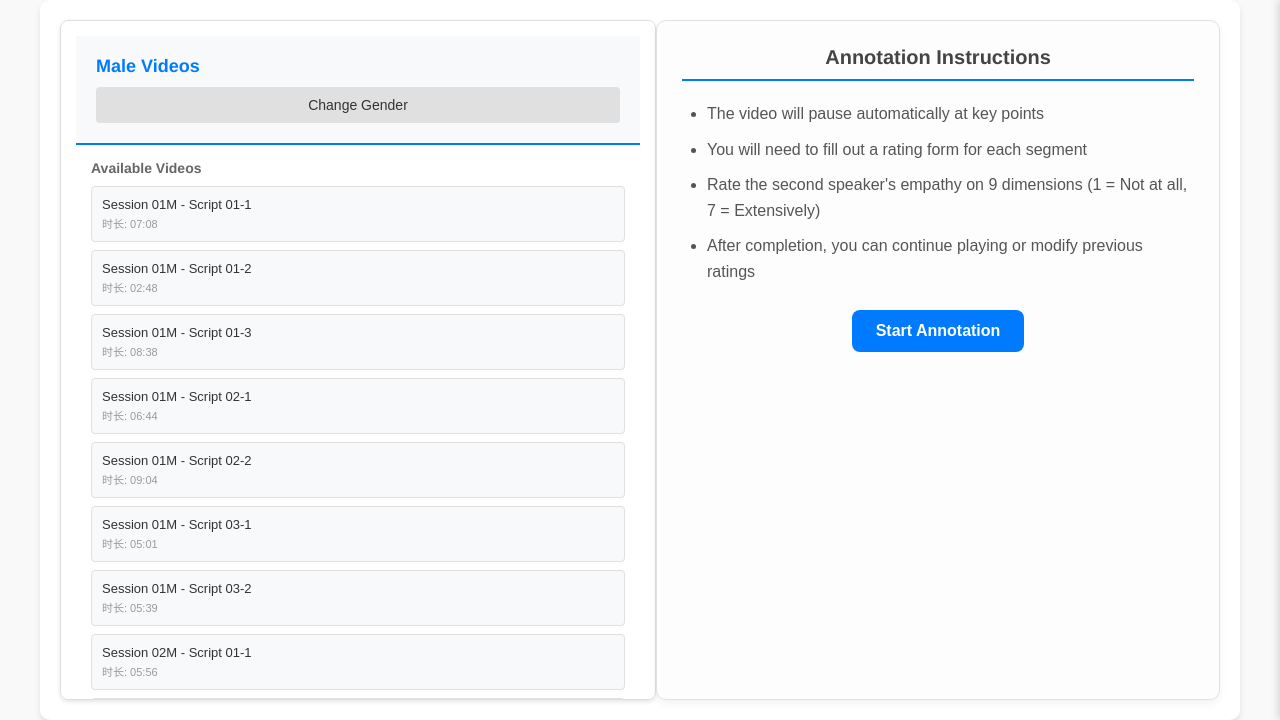
Repository: Matsuyou-Wang/MPES-system
Page: annotation.html
The author's editor kept a copy of each file at every save. The page is drawn from the files as they stood at one save, then again after the next save.
The browser window is 1280 px wide. The pictures show the whole page.
An inner scrolling area shows only its first screen.

Above is the page before, as saved 2025-11-25 13:33:16.
Console error: TypeError: Cannot read properties of null (reading 'addEventListener')

After the next save:
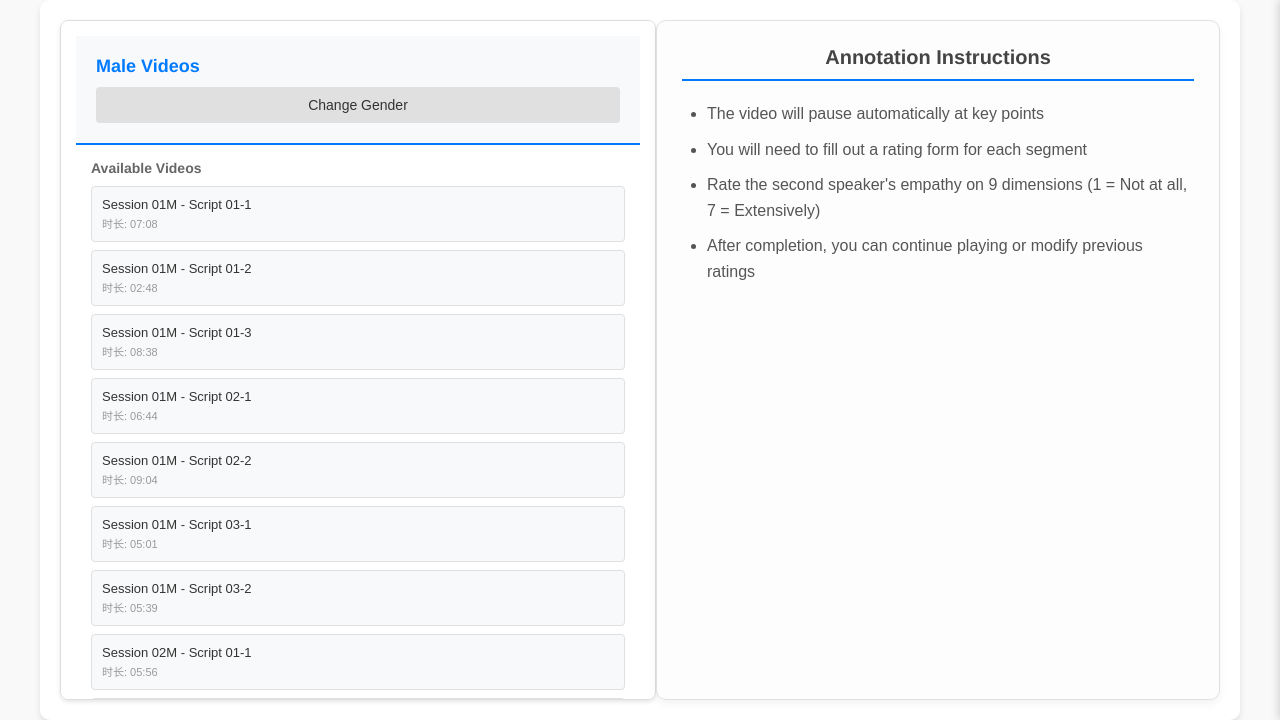
Saved 29 s later.
--- a/annotation.html
+++ b/annotation.html
@@ -33,7 +33,6 @@
                     <li>Rate the second speaker's empathy on 9 dimensions (1 = Not at all, 7 = Extensively)</li>
                     <li>After completion, you can continue playing or modify previous ratings</li>
                 </ul>
-                <button id="startBtn" class="btn btn-primary" disabled>Start Annotation</button>
             </div>
         </main>
     </div>
